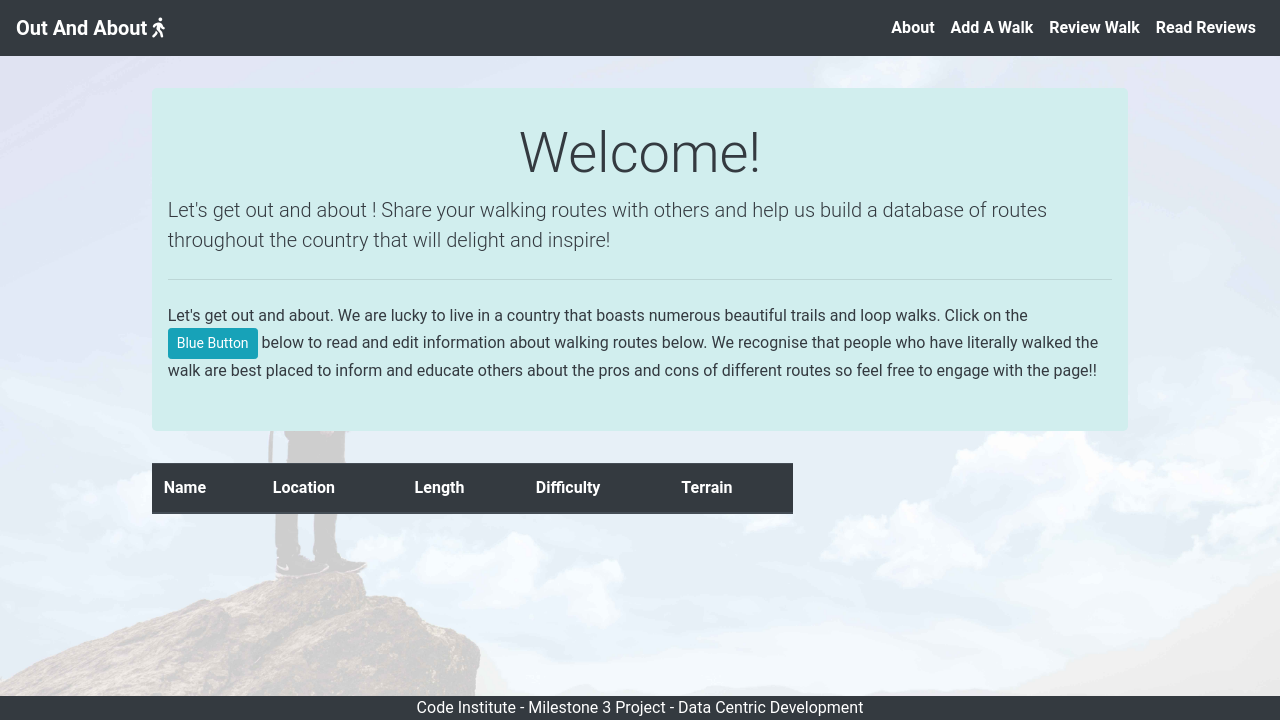
Repository: 5803emma/days-of-walking
Page: http://localhost/
The author's editor kept a record of every edit. The page is drawn from the files as they stood at one moment, then again after the next edit.
The browser window is 1280 px wide. The pictures show the whole page.
Some web libraries are served in a nearby version. The page is served by the project's application, run on Flask 3 (app.py). Queries for data that is not in the repository find no rows.

Above is the page before.

### templates/home.html
{% extends 'base.html'%} {% block content %}

<div class="container-fluid">

 <div class="row-welcome justify-content-center">
  <div class="col-12 text-dark">
   <div class="jumbotron">
    <h1 class="display-4">Welcome!</h1>
    <p class="lead">Let's get out and about ! Share your walking routes with others and help us build a database of routes throughout the country that will delight and inspire!</p>
    <hr class="my-4">
    <p>Let's get out and about. We are lucky to live in a country that boasts numerous beautiful trails and loop walks. Click on the <button type="button" class="btn btn-info btn-sm">Blue Button</button> below to read and edit information about walking routes below. We recognise that people who have literally walked the walk are best placed to inform and educate others about the pros and cons of different routes so feel free to engage with the page!!</p>
   </div>
  </div>
 </div>

<!-- <div class="row justify-content-center"> -->
  <div class="col-12 col-md-8 table-responsive table-data">
   <table class="table table-hover">
    <thead class="thead-dark">
     <tr>
      <th scope="col">Name</th>
      <th scope="col">Location</th>
      <th scope="col">Length</th>
      <th scope="col">Difficulty</th>
      <th scope="col">Terrain</th>
     </tr>
    </thead>
    <tbody>

     {% for walk in walks %}
     <tr>
      <td><a class="btn btn-info btn-sm" href="{{url_for('edit_walk', walk_id=walk._id)}}" role="button">{{walk.walk_name}}</a></td>
      <td>{{walk.walk_location}}</td>
      <td>{{walk.walk_length}}</td>
      <td>{{walk.walk_difficulty}}</td>
      <td>{{walk.walk_terrain}}</td>
     </tr>
     {% endfor %}
    </tbody>
   </table>


  </div>
  {% endblock %}

### templates/base.html
<!DOCTYPE html>
<html>

<head>
    <link rel="stylesheet" href="https://stackpath.bootstrapcdn.com/bootstrap/4.4.1/css/bootstrap.min.css">
    <link rel="stylesheet" href="https://cdnjs.cloudflare.com/ajax/libs/font-awesome/5.12.0/css/all.min.css" />
    <link rel="stylesheet" href="{{ url_for('static', filename='css/style.css') }}" type="text/css" />
</head>

<body>
    <header>
        <nav class="navbar navbar-expand-md navbar-dark bg-dark home-logo-text">
            <a class="navbar-brand" href="{{url_for('get_walks')}}">Out And About <i
                    class="fas fa-walking"></i></a>
            <button class="navbar-toggler" type="button" data-toggle="collapse" data-target="#navbarNavAltMarkup" aria-controls="navbarNavAltMarkup" aria-expanded="false" aria-label="Toggle navigation">
                <span class="navbar-toggler-icon"></span>
            </button>
            <div class="collapse navbar-collapse" id="navbarNavAltMarkup">
                <div class="navbar-nav ml-auto">
                    <a class="nav-item nav-link" href="{{url_for('about')}}">About</a>
                    <a class="nav-item nav-link" href="{{url_for('add_new_walk')}}">Add A Walk</a>
                    <a class="nav-item nav-link" href="{{url_for('walk_review')}}">Review Walk</a>
                     <a class="nav-item nav-link" href="{{url_for('read_review')}}">Read Reviews</a>
                </div>
            </div>

        </nav>
    </header>

    <!-- Container for injected templates -->
    <div class="container-fluid">
        <div class="row justify-content-center">
            <div class="col-12 col-md-10 template-col">

    {% block content %} {% endblock %}

 <!-- Footer -->
  <footer class="bg-dark fixed-bottom">
    <div class="container-fluid">
      <p class="m-0 text-center text-white">Code Institute - Milestone 3 Project - Data Centric Development</p>
    </div>
    <!-- /.container -->
  </footer>

    <script src="https://code.jquery.com/jquery-3.4.1.slim.min.js"></script>
    <script src="https://cdn.jsdelivr.net/npm/popper.js@1.16.0/dist/umd/popper.min.js"></script>
    <script src="https://stackpath.bootstrapcdn.com/bootstrap/4.4.1/js/bootstrap.min.js"></script>
</body>

</html>

### app.py
import os
from flask import Flask, render_template, redirect, request, url_for
from flask_pymongo import PyMongo
from bson.objectid import ObjectId

app = Flask(__name__)

app.config["MONGO_DBNAME"] = 'walking_app'
app.config["MONGO_URI"] = 'mongodb+srv://root:johnbell@myfirstcluster-20lqh.mongodb.net/walking_app?retryWrites=true&w=majority'

mongo = PyMongo(app)

@app.route("/")
@app.route("/get_walks")
def get_walks():
    return render_template("home.html", walks=mongo.db.walks.find())

@app.route("/about")
def about():
    return render_template("about.html")


@app.route("/add_new_walk")
def add_new_walk():
    return render_template("add_walk.html")


@app.route("/insert_walk", methods=['POST'])
def insert_walk():
    walk = mongo.db.walks
    walk.insert_one(request.form.to_dict())
    return redirect(url_for('get_walks'))

# Update Information About Walk

@app.route("/edit_walk/<walk_id>")
def edit_walk(walk_id):
    the_walk = mongo.db.walks.find_one({"_id": ObjectId(walk_id)})
    return render_template("update_walk.html", walk=the_walk)

@app.route("/update_walk/<walk_id>", methods=["POST"])
def update_walk(walk_id):
    walk = mongo.db.walks
    walk.update({'_id': ObjectId(walk_id)}, {
        'walk_name' : request.form.get('walk_name'),
        'walk_location' : request.form.get('walk_location'),
        'walk_length' : request.form.get('walk_length'),
        'walk_difficulty' : request.form.get('walk_difficulty'),
        'walk_terrain' : request.form.get('walk_terrain')
    })
    return redirect(url_for('get_walks'))

# Delete Option

@app.route("/delete_walk/<walk_id>")
def delete_walk(walk_id):
    mongo.db.walks.remove({'_id': ObjectId(walk_id)})
    return redirect(url_for('get_walks'))

@app.route("/leave_review")
def walk_review():
    return render_template("walk_review.html", walks=mongo.db.walks.find())

# Sends the data that the user inserts to the database

@app.route("/walk_review", methods=['POST'])
def insert_review():
    review = mongo.db.reviews
    review.insert_one(request.form.to_dict())
    return redirect(url_for('walk_review'))


@app.route("/read_review")
def read_review():
    return render_template("read_reviews.html", reviews=mongo.db.reviews.find())

if __name__ == "__main__":
    app.run(host=os.environ.get("IP"),
    port=int(os.environ.get("PORT")),
    debug=True)

### static/css/style.css
body {
  background-image: url(../images/bg-image.jpg);
  background-color: #FAFAFA;
  background-repeat: no-repeat;
  background-size: cover;
  font-family: 'Roboto', sans-serif;
}

.navbar-dark .navbar-brand {
    color: #fff;
    font-weight: bold;
}

.navbar-dark .navbar-nav .nav-link {
    color: #fff;
    font-weight: bold;
}

h1, h2 {
  text-align: center;
}

.jumbotron {
    margin-top: 2rem;
    padding: 2rem 1rem;
    margin-bottom: 2rem;
    background-color: #D1EEEE;
    border-radius: .3rem;
}

After the next edit:
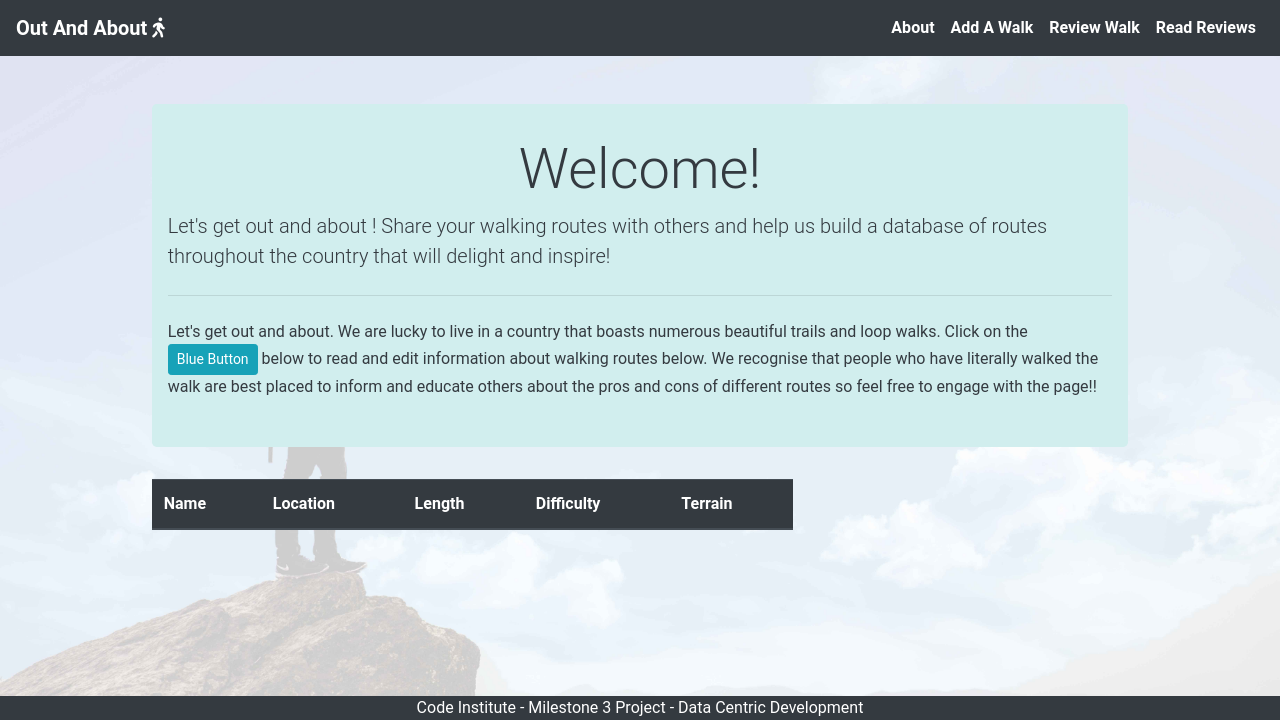
The edit:
--- a/static/css/style.css
+++ b/static/css/style.css
@@ -27,3 +27,12 @@
     background-color: #D1EEEE;
     border-radius: .3rem;
 }
+
+.row {
+  margin-top: 1rem;
+  margin-bottom: 1rem;
+}
+
+.media-body {
+  margin-top: 10px;
+}
